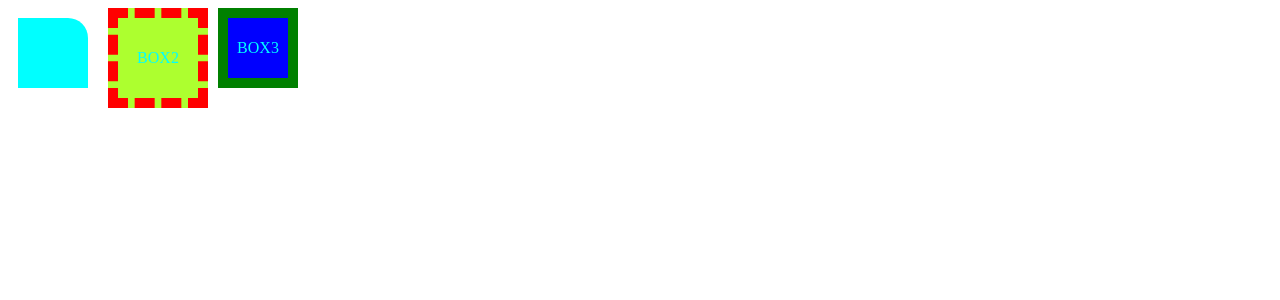
Repository: Ducspdn/WeTheBandF8
Page: html_learn_f8/index3.html
The author's editor kept a copy of each file at every save. The page is drawn from the files as they stood at one save, then again after the next save.
The browser window is 1280 px wide. The pictures show the whole page.

Above is the page before, as saved 2023-01-14 10:48:07.

### html_learn_f8/index3.html
<!DOCTYPE html>
<html lang="en">
<head>
    <meta charset="UTF-8">
    <meta http-equiv="X-UA-Compatible" content="IE=edge">
    <meta name="viewport" content="width=device-width, initial-scale=1.0">
    <title>Document</title>
    <style>
    .Box{
        width: 60px;
        height: 60px;
        display: flex;
        color: aqua;
        justify-content: center;
        align-items:center;
        /* align-items : sắp xếp các mục */
        float : left ;
        /* đứa các box nằm trên một hàng */
    }
    .BOX1{
        background-color: aqua;
        padding-top: 10px;
        padding-right: 10px;
        border-top-right-radius: 20px;
        border-color: yellow;
        margin: 10px;
    }
    .BOX2{
        background-color: greenyellow ;
        padding: 10px;
        border: 10px dashed red;
        margin-left: 10px ;
    }
    .BOX3{
        background-color: blue;
        border-width: 10px;
        border-color: green;
        border-style: solid;
        margin-left: 10px;
    }
    </style>
</head>
<body>
    <div class="Box BOX1">BOX1</div>
    <div class="Box BOX2">BOX2</div>
    <div class="Box BOX3">BOX3</div>
</body>
</html>

After the next save:
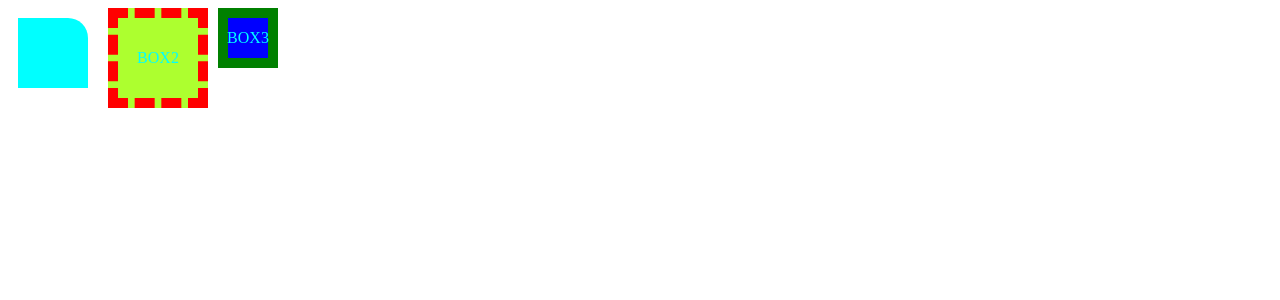
Saved 36 h 1 min later.
--- a/html_learn_f8/index3.html
+++ b/html_learn_f8/index3.html
@@ -37,6 +37,12 @@
         border-color: green;
         border-style: solid;
         margin-left: 10px;
+        box-sizing: border-box;
+        /* boder-box : không làm thay đổi kich thước ban đầu khi có cả padding , boder */
+        /* content-box : trả về ban đầu , kích thước bị thay đổi khi có padding , boder can thiệp */
+        /* unset : bỏ lựa chọn khi đã thay đổi kich thước */
+        /* background-image: ; ảnh với ảnh , dãy màu chuyển với ảnh : ảnh đặc , ảnh trong suốt : */
+        /* background-size : có tính chất lặp lại ảnh nên cần dùng background-repeat*/
     }
     </style>
 </head>
